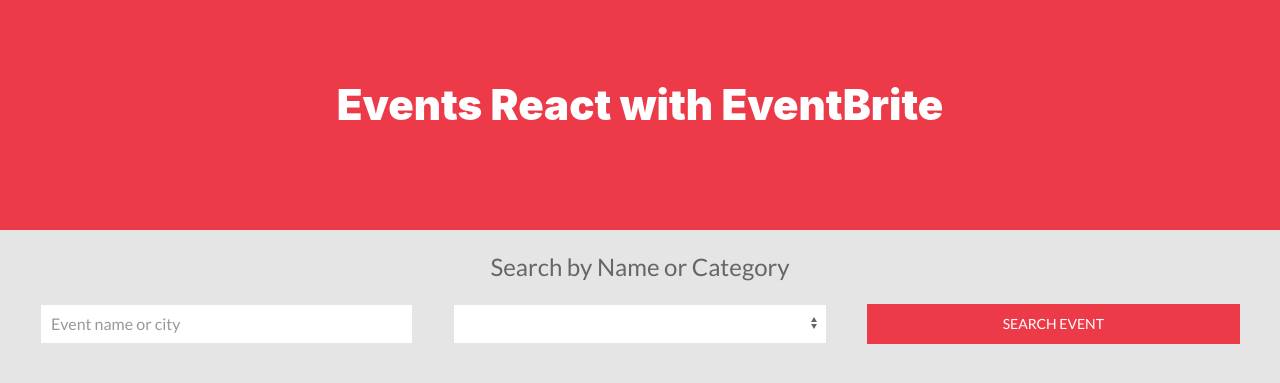
Repository: ppfeliuu/Find-Your-Events
Page: /
An editor plug-in stored every save of this project. The page is shown before and after the next save, followed by the edit.
The browser window is 1280 px wide. The pictures show the whole page.
The page's requests for data from a server got no answer. Some web libraries are served in a nearby version. The project was rebuilt for these pictures with package versions that can differ from the ones it lists, and the page was loaded fresh each time. No one was signed in, and anything a server would have sent is missing.

Above is the page before, as saved 2019-06-19 14:25:23.

After the next save:
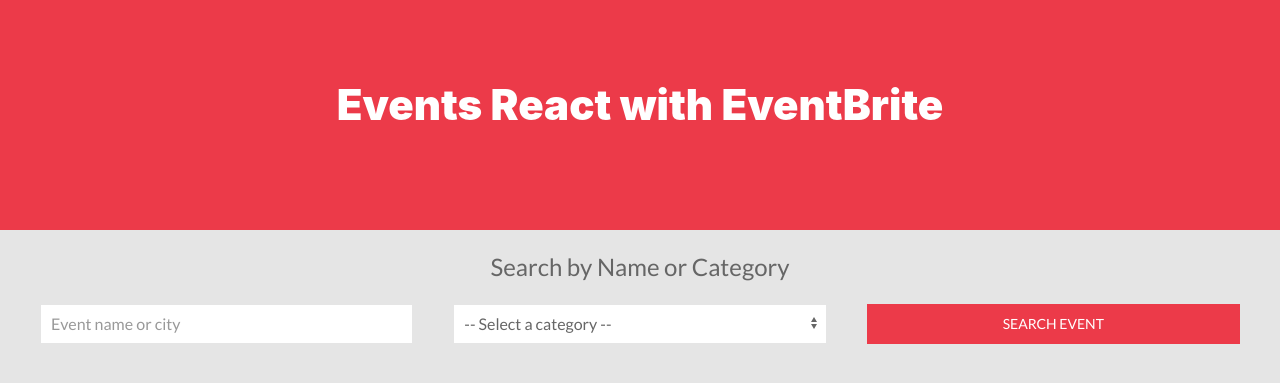
Saved 32 min 17 s later.
--- a/src/components/Formulario.js
+++ b/src/components/Formulario.js
@@ -38,6 +38,8 @@
                             name="categoria"
                             onChange={this.getDataEvent}
                             >
+
+                                <option value=""> -- Select a category -- </option>
                                 <CategoriasConsumer>
                                     {(value) => {
                                         return (
